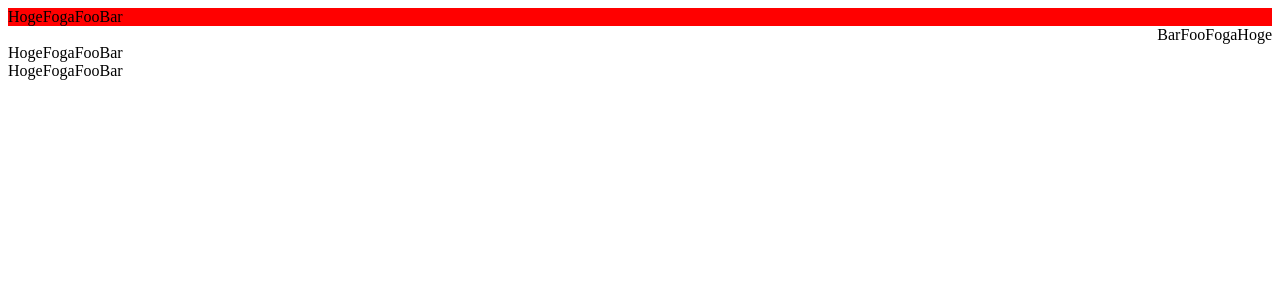
Repository: IkutoHiroki/samurai_HTML_CSS
Page: FlexboxSample1.html
The author's editor kept a record of every edit. The page is drawn from the files as they stood at one moment, then again after the next edit.
The browser window is 1280 px wide. The pictures show the whole page.

Above is the page before.

After the next edit:
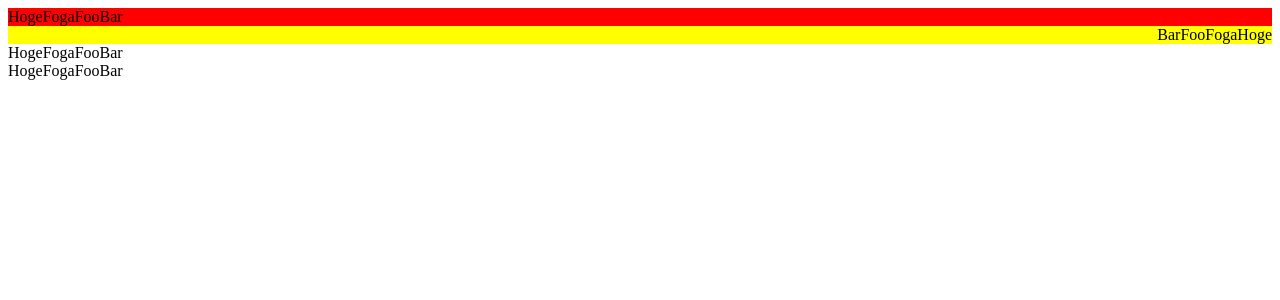
The edit:
--- a/FlexboxSample1.html
+++ b/FlexboxSample1.html
@@ -14,7 +14,7 @@
         #reverse{
             display:flex;
             flex-direction:row-reverse;
-            background-color:;
+            background-color:yellow;
         }
 
         #column{
